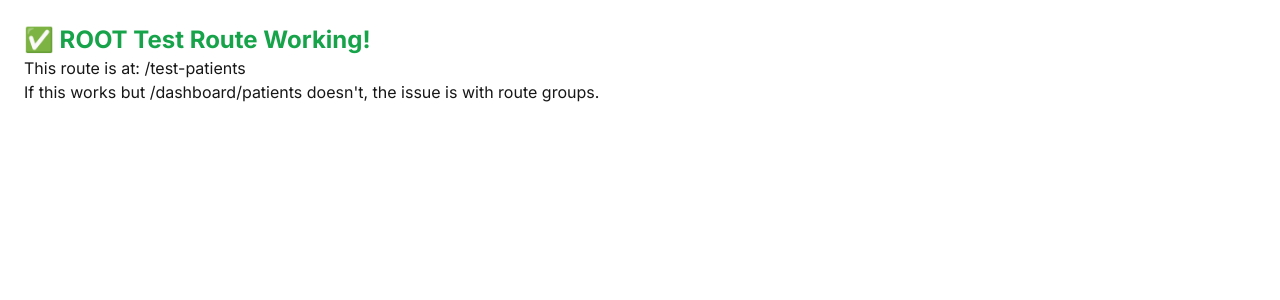
Repository: rufusmd/ai-medical-note-writer
Page: /test-patients
The author's editor kept a copy of each file at every save. The page is drawn from the files as they stood at one save, then again after the next save.
The browser window is 1280 px wide. The pictures show the whole page.
The page's requests for data from a server got no answer. The project was rebuilt for these pictures with package versions that can differ from the ones it lists, and the page was loaded fresh each time. The framework's server and built-in components were replaced by stand-ins that run in the browser. No one was signed in, and anything a server would have sent is missing. Also part of the build but not shown: next.config.js.

Above is the page before, as saved 2025-07-22 22:25:08.

### src/app/layout.tsx
// src/app/layout.tsx (Updated Root Layout with Auth Provider)
import type { Metadata } from 'next';
import { Inter } from 'next/font/google';
import { AuthProvider } from '@/contexts/AuthContext';
import './globals.css';

const inter = Inter({ subsets: ['latin'] });

export const metadata: Metadata = {
  title: 'AI Medical Note Writer',
  description: 'HIPAA-compliant AI-powered clinical note generation',
};

export default function RootLayout({
  children,
}: {
  children: React.ReactNode;
}) {
  return (
    <html lang="en">
      <body className={inter.className}>
        <AuthProvider>
          {children}
        </AuthProvider>
      </body>
    </html>
  );
}

### src/app/test-patients/page.tsx
export default function TestRootPatientsPage() {
    return (
        <div className="p-6">
            <h1 className="text-2xl font-bold text-green-600">✅ ROOT Test Route Working!</h1>
            <p>This route is at: /test-patients</p>
            <p>If this works but /dashboard/patients doesn't, the issue is with route groups.</p>
        </div>
    );
}

### src/contexts/AuthContext.tsx
// src/contexts/AuthContext.tsx (Auth Context Provider)
'use client';

import { createContext, useContext, useEffect, useState, ReactNode } from 'react';
import {
    User,
    onAuthStateChanged,
    signInWithEmailAndPassword,
    createUserWithEmailAndPassword,
    signOut,
    updateProfile
} from 'firebase/auth';
import { auth } from '@/lib/firebase/config';

interface AuthContextType {
    user: User | null;
    loading: boolean;
    login: (email: string, password: string) => Promise<void>;
    register: (email: string, password: string, displayName: string) => Promise<void>;
    logout: () => Promise<void>;
}

const AuthContext = createContext<AuthContextType | undefined>(undefined);

export function useAuth() {
    const context = useContext(AuthContext);
    if (context === undefined) {
        throw new Error('useAuth must be used within an AuthProvider');
    }
    return context;
}

interface AuthProviderProps {
    children: ReactNode;
}

export function AuthProvider({ children }: AuthProviderProps) {
    const [user, setUser] = useState<User | null>(null);
    const [loading, setLoading] = useState(true);

    useEffect(() => {
        const unsubscribe = onAuthStateChanged(auth, (user) => {
            setUser(user);
            setLoading(false);
        });

        return unsubscribe;
    }, []);

    const login = async (email: string, password: string) => {
        try {
            await signInWithEmailAndPassword(auth, email, password);
        } catch (error) {
            console.error('Login error:', error);
            throw error;
        }
    };

    const register = async (email: string, password: string, displayName: string) => {
        try {
            const { user } = await createUserWithEmailAndPassword(auth, email, password);
            await updateProfile(user, { displayName });
        } catch (error) {
            console.error('Registration error:', error);
            throw error;
        }
    };

    const logout = async () => {
        try {
            await signOut(auth);
        } catch (error) {
            console.error('Logout error:', error);
            throw error;
        }
    };

    const value = {
        user,
        loading,
        login,
        register,
        logout,
    };

    return (
        <AuthContext.Provider value={value}>
            {children}
        </AuthContext.Provider>
    );
}

// ===================================================================

### src/lib/firebase/config.ts
// src/lib/firebase/config.ts - REPLACE YOUR EXISTING CONFIG

import { initializeApp, getApps } from 'firebase/app';
import { getAuth } from 'firebase/auth';
import { getFirestore, collection, addDoc, Timestamp } from 'firebase/firestore';
import { getStorage } from 'firebase/storage';

const firebaseConfig = {
    apiKey: process.env.NEXT_PUBLIC_FIREBASE_API_KEY,
    authDomain: process.env.NEXT_PUBLIC_FIREBASE_AUTH_DOMAIN,
    projectId: process.env.NEXT_PUBLIC_FIREBASE_PROJECT_ID,
    storageBucket: process.env.NEXT_PUBLIC_FIREBASE_STORAGE_BUCKET,
    messagingSenderId: process.env.NEXT_PUBLIC_FIREBASE_MESSAGING_SENDER_ID,
    appId: process.env.NEXT_PUBLIC_FIREBASE_APP_ID,
};

// Validate configuration
if (!firebaseConfig.apiKey || !firebaseConfig.projectId) {
    throw new Error('Firebase configuration is incomplete. Check your environment variables.');
}

// Initialize Firebase
const app = getApps().length ? getApps()[0] : initializeApp(firebaseConfig);
const auth = getAuth(app);
const db = getFirestore(app);
const storage = getStorage(app);

// ====== ENHANCED COLLECTION NAMES ======
export const COLLECTIONS = {
    // Existing collections
    USERS: 'users',
    PATIENTS: 'patients',
    NOTES: 'notes',
    TEMPLATES: 'templates',
    ENCOUNTERS: 'encounters',
    SMART_LINKS: 'smart_links',
    DOT_PHRASES: 'dot_phrases',
    NOTE_GENERATION_LOGS: 'note_generation_logs',
    USER_PREFERENCES: 'user_preferences',
    AUDIT_LOGS: 'audit_logs',

    // 🆕 NEW: Feedback & Learning Collections
    NOTE_FEEDBACK: 'note_feedback',
    USER_PROMPT_PROFILES: 'user_prompt_profiles',
    PROMPT_EXPERIMENTS: 'prompt_experiments',
    PROMPT_OPTIMIZATIONS: 'prompt_optimizations',
} as const;

// Helper function to get collection reference with proper typing
export const getCollection = (collectionName: keyof typeof COLLECTIONS) => {
    return COLLECTIONS[collectionName];
};

// ====== ENHANCED AUDIT LOGGING ======
export const createAuditLog = async (action: string, details: any, userId: string) => {
    try {
        const auditData = {
            action,
            userId,
            timestamp: Timestamp.now(),
            details: process.env.NEXT_PUBLIC_HIPAA_MODE === 'true' ? '[REDACTED]' : details,
            ipAddress: '[REDACTED]', // In production, you might want to log this
            userAgent: '[REDACTED]',
        };

        // Save to Firestore
        await addDoc(collection(db, COLLECTIONS.AUDIT_LOGS), auditData);

        // Also log to console in development
        if (process.env.NODE_ENV === 'development') {
            console.log('AUDIT LOG:', {
                action,
                userId,
                timestamp: new Date().toISOString(),
                details: process.env.NEXT_PUBLIC_HIPAA_MODE === 'true' ? '[REDACTED]' : details,
            });
        }
    } catch (error) {
        console.error('Failed to save audit log:', error);
        // Don't throw - audit logging shouldn't break the main flow
    }
};

// ====== ERROR HANDLING ======
export class FirebaseError extends Error {
    constructor(
        message: string,
        public code: string,
        public originalError?: any
    ) {
        super(message);
        this.name = 'FirebaseError';
    }
}

// ====== FIREBASE EXPORTS ======
export { auth, db, storage, Timestamp };

// ====== INITIALIZATION VALIDATION ======
console.log('🔥 Firebase initialized successfully');
console.log('📊 Collections configured:', Object.keys(COLLECTIONS).length);
console.log('🚀 Learning system ready!');

// ====== DEVELOPMENT HELPERS ======
if (process.env.NODE_ENV === 'development') {
    // Log collection structure for debugging
    console.log('📋 Available Collections:', COLLECTIONS);

    // Validate environment variables
    const requiredEnvVars = [
        'NEXT_PUBLIC_FIREBASE_API_KEY',
        'NEXT_PUBLIC_FIREBASE_AUTH_DOMAIN',
        'NEXT_PUBLIC_FIREBASE_PROJECT_ID',
    ];

    const missingVars = requiredEnvVars.filter(varName => !process.env[varName]);

    if (missingVars.length > 0) {
        console.warn('⚠️  Missing environment variables:', missingVars);
    } else {
        console.log('✅ All required environment variables configured');
    }
}

### tailwind.config.ts
// tailwind.config.ts
import type { Config } from "tailwindcss";

export default {
    content: [
        "./src/pages/**/*.{js,ts,jsx,tsx,mdx}",
        "./src/components/**/*.{js,ts,jsx,tsx,mdx}",
        "./src/app/**/*.{js,ts,jsx,tsx,mdx}",
    ],
    theme: {
        extend: {
            colors: {
                background: "var(--background)",
                foreground: "var(--foreground)",
            },
        },
    },
    plugins: [
        require('@tailwindcss/forms'),
    ],
} satisfies Config;

Loaded but not shown: src/app/globals.css (common file)

After the next save:
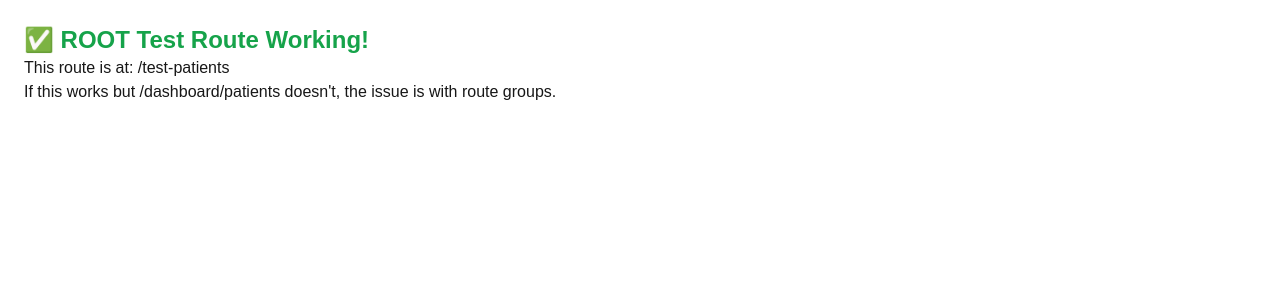
Saved 5 min 57 s later.
--- a/src/app/layout.tsx
+++ b/src/app/layout.tsx
@@ -1,14 +1,13 @@
-// src/app/layout.tsx (Updated Root Layout with Auth Provider)
+// src/app/layout.tsx - REPLACE YOUR EXISTING FILE
+
+import { AuthProvider } from '@/contexts/AuthContext';
+import { Toaster } from 'sonner'; // 🆕 NEW: Add toast notifications
 import type { Metadata } from 'next';
-import { Inter } from 'next/font/google';
-import { AuthProvider } from '@/contexts/AuthContext';
 import './globals.css';
-
-const inter = Inter({ subsets: ['latin'] });
 
 export const metadata: Metadata = {
   title: 'AI Medical Note Writer',
-  description: 'HIPAA-compliant AI-powered clinical note generation',
+  description: 'HIPAA-compliant AI-powered clinical note generation with learning capabilities',
 };
 
 export default function RootLayout({
@@ -18,9 +17,21 @@ export default function RootLayout({
 }) {
   return (
     <html lang="en">
-      <body className={inter.className}>
+      <body>
         <AuthProvider>
           {children}
+          {/* 🆕 NEW: Toast notifications for feedback system */}
+          <Toaster
+            position="top-right"
+            toastOptions={{
+              duration: 4000,
+              style: {
+                background: '#fff',
+                border: '1px solid #e5e7eb',
+                color: '#374151',
+              },
+            }}
+          />
         </AuthProvider>
       </body>
     </html>
